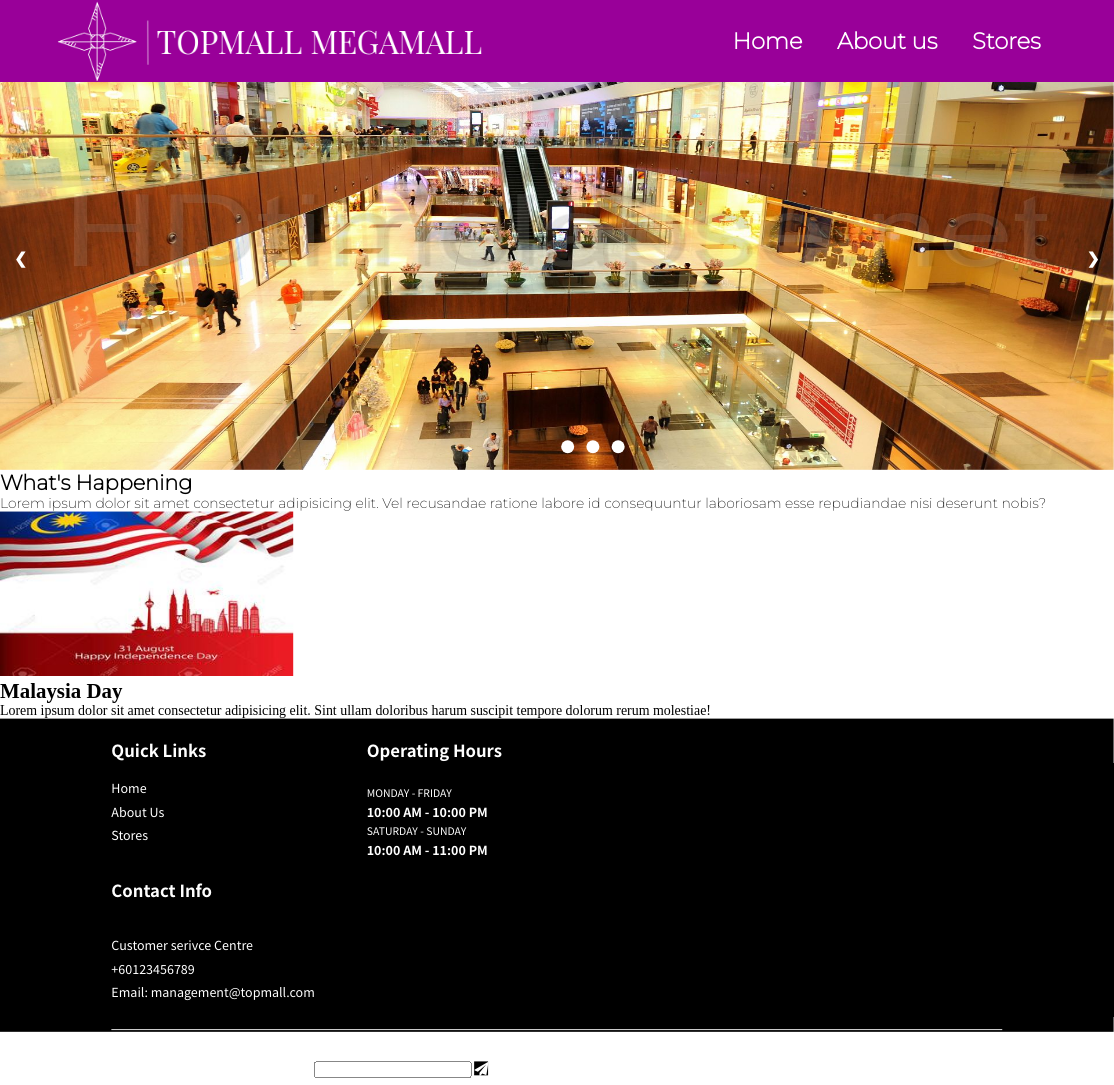
Repository: Jack0Bong/Web-Dev-Assignment
Page: index.html
The author's editor kept a copy of each file at every save. The page is drawn from the files as they stood at one save, then again after the next save.
The browser window is 1280 px wide. The pictures show the whole page, at 87% of full size.

Above is the page before, as saved 2021-09-02 01:34:17.

After the next save:
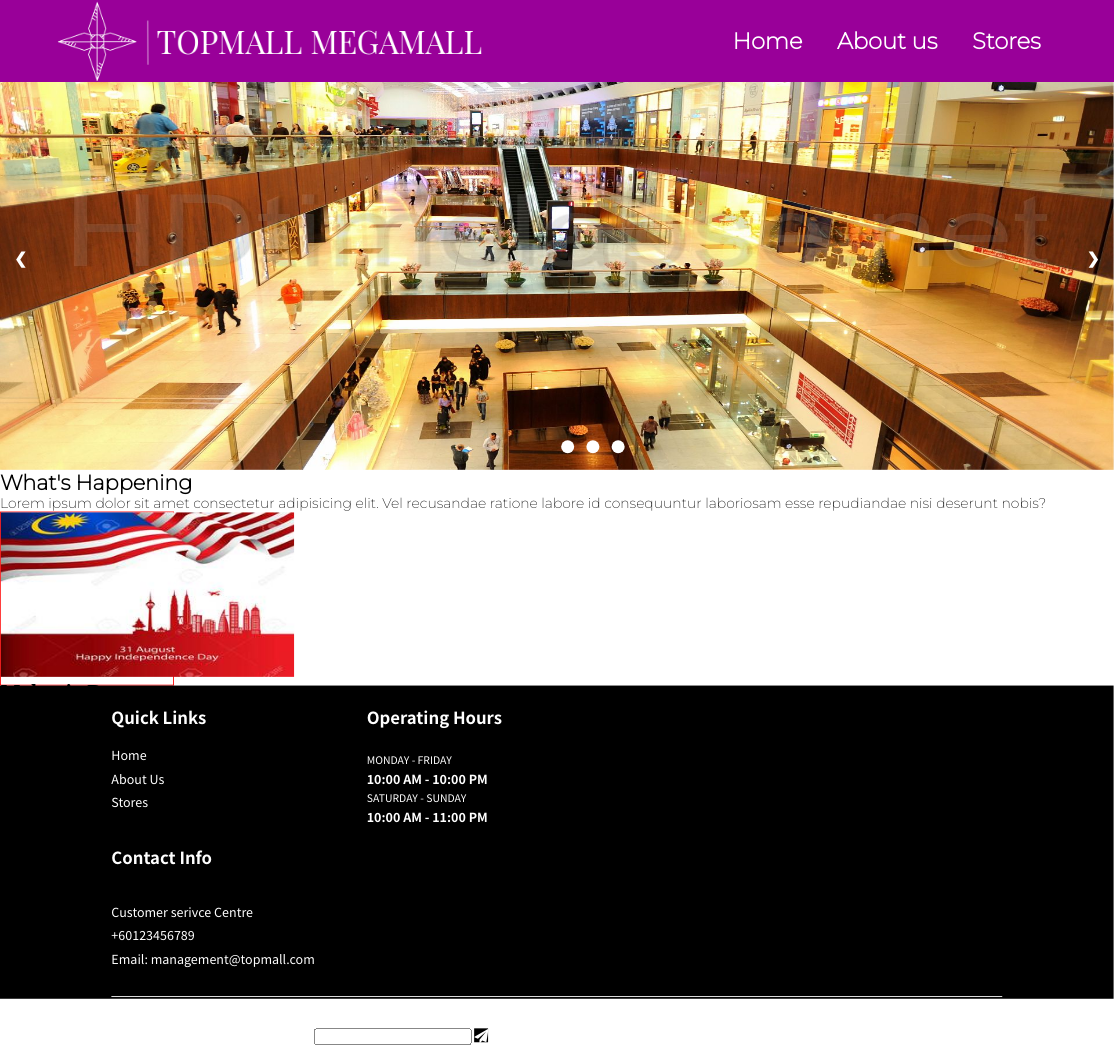
Saved 18 s later.
--- a/css/index.css
+++ b/css/index.css
@@ -91,3 +91,9 @@ to {opacity: 1}
     grid-template-columns: repeat(3, 1fr);
     grid-auto-rows: auto;
 }
+
+.card{
+    width: 200px;
+    height: 200px;
+    border: 1px solid red;
+}
